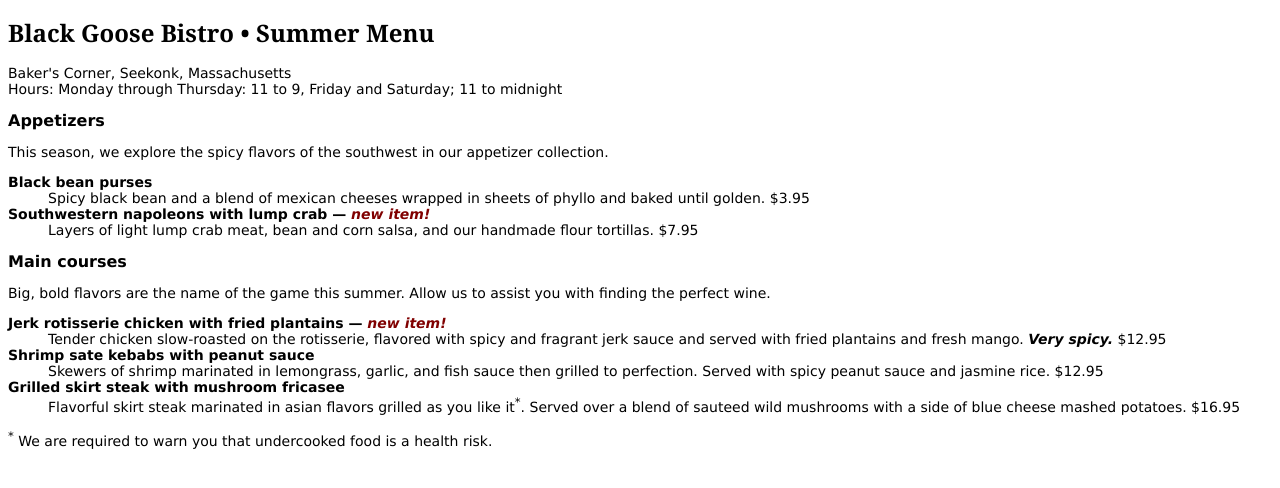
Repository: Lithium87/WebDesign
Page: Bistro/menu.html
An editor plug-in stored every save of this project. The page is shown before and after the next save, followed by the edit.
The browser window is 1280 px wide. The pictures show the whole page.
Some web fonts or font styles are not loaded; a fallback is used.

Above is the page before, as saved 2020-04-14 10:31:01.

After the next save:
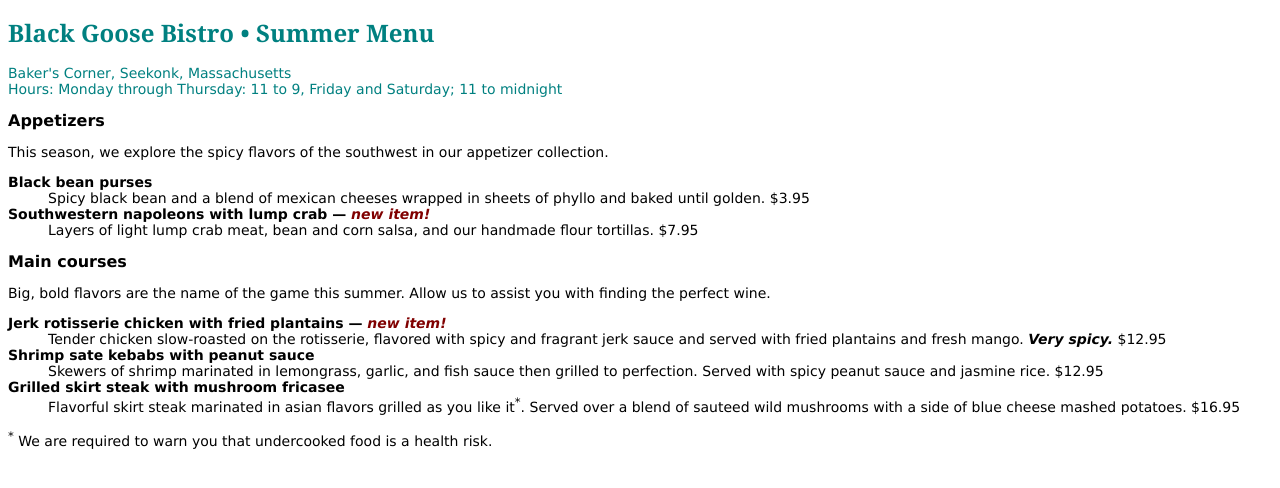
Saved 31 min 3 s later.
--- a/Bistro/menu.html
+++ b/Bistro/menu.html
@@ -34,6 +34,10 @@
 
         dt strong {
             color: maroon;
+        }
+
+        #info {
+            color: teal;
         }
     </style>
 </head>
